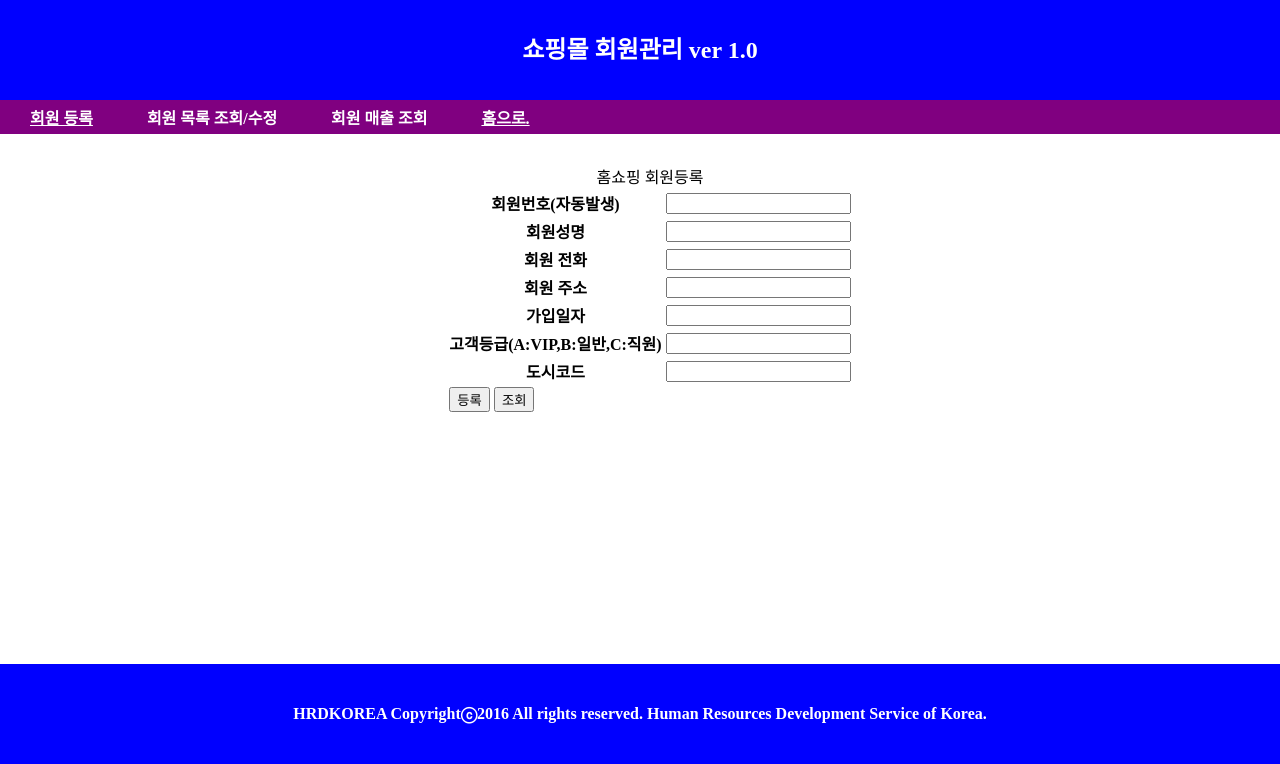
Repository: brightjy/Today-what-I-practiced
Page: http://localhost/HRD_900108/member/memberRegisterView.jsp
The author's editor kept a copy of each file at every save. The page is drawn from the files as they stood at one save, then again after the next save.
The browser window is 1280 px wide. The pictures show the whole page.
The page is served by Tomcat 9.

Above is the page before, as saved 2020-05-09 16:14:35.

After the next save:
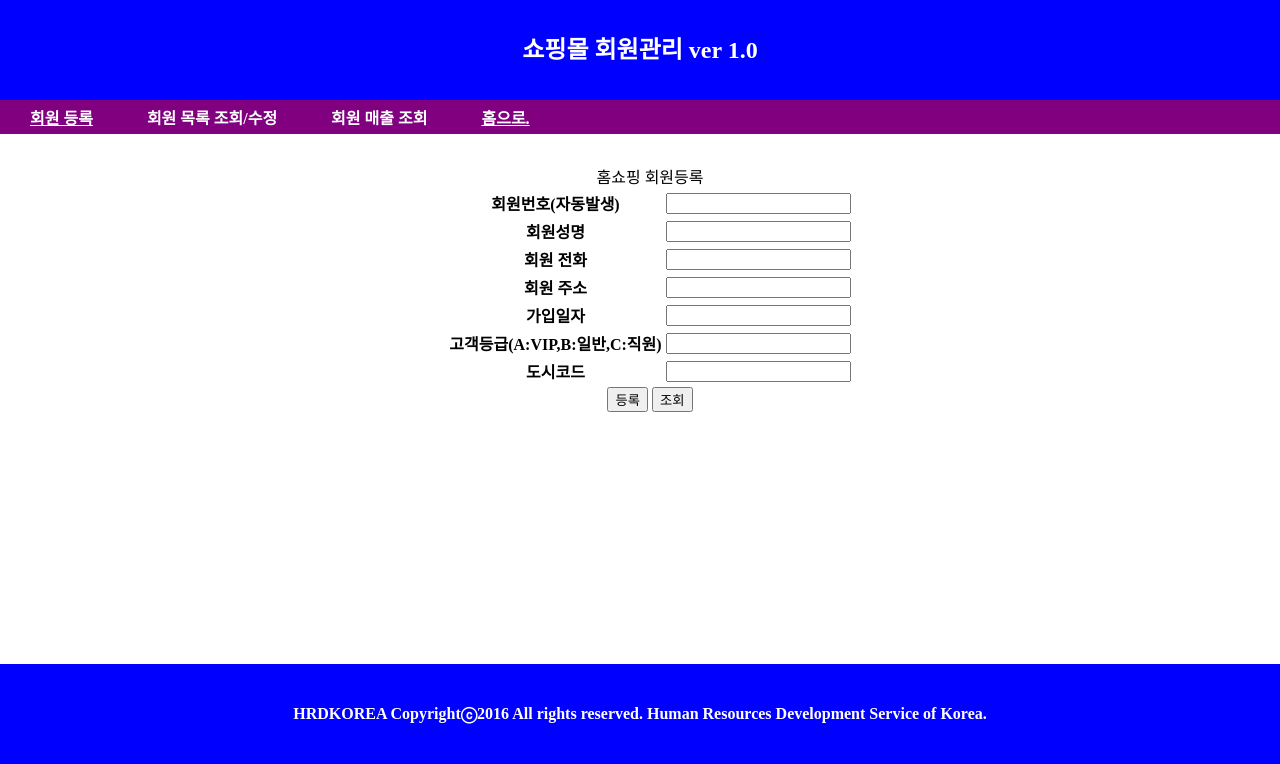
Saved 15 s later.
--- a/hrdkorea_0509/HRD_900108/WebContent/member/memberRegisterView.jsp
+++ b/hrdkorea_0509/HRD_900108/WebContent/member/memberRegisterView.jsp
@@ -6,8 +6,8 @@
 <meta charset="UTF-8">
 <title>Insert title here</title>
 <style>
-	td{
-
+	.lastRow{
+		text-align:center;
 	}
 </style>
 </head>
